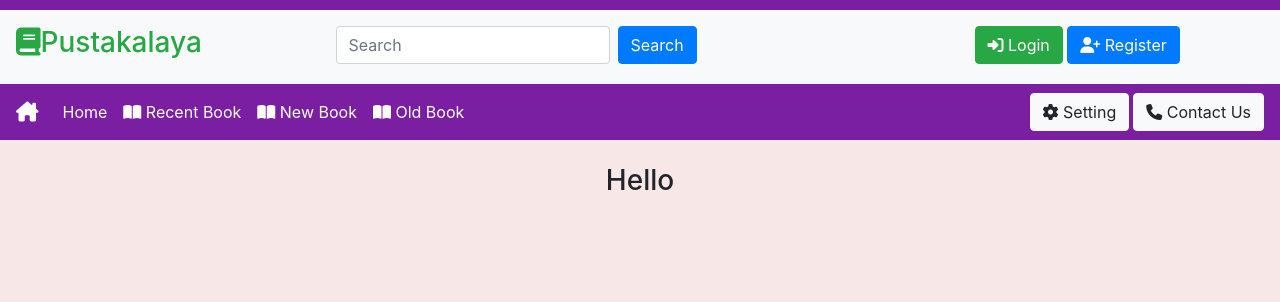
Repository: kalaprabhakar/Pustakalay_Web_Application
Page: http://localhost/E_Book_Management/setting.jsp
These files come from the project's save history. The page is drawn as it stood at one moment and after the next save; the edit follows.
The browser window is 1280 px wide. The pictures show the whole page.
Some web libraries are served in a nearby version. The page is served by Tomcat 10.

Above is the page before, as saved 2024-02-28 13:33:25.

After the next save:
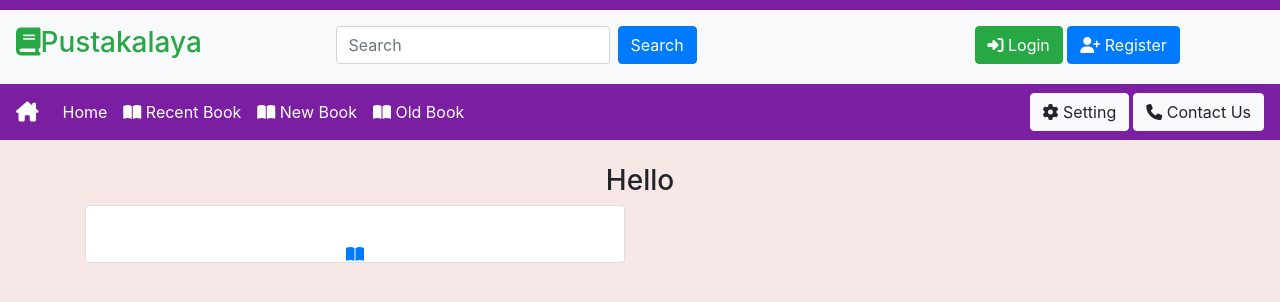
Saved 2 min 38 s later.
--- a/E_Book_Management/src/main/webapp/setting.jsp
+++ b/E_Book_Management/src/main/webapp/setting.jsp
@@ -10,15 +10,24 @@
 <body style="background-color: #f7e7e6">
 	<%@ include file="all_component/navbar.jsp"%>
 	<div class="container py-4 text-center">
-	<h3>Hello ${userobj.name }</h3>
-	<div class="row">
+		<h3>Hello ${userobj.name }</h3>
+		<div class="row">
 
-	<div class="col-md-12 ">
+			<div class="col-md-6">
+
+				<a href="#">
+					<div class="card">
+						<div class="card-body"></div>
+						<i class="fa-solid fa-book-open"></i>
+
+					</div>
+
+				</a>
 
 
-	</div>
+			</div>
 
-	</div>
+		</div>
 
 	</div>
 
